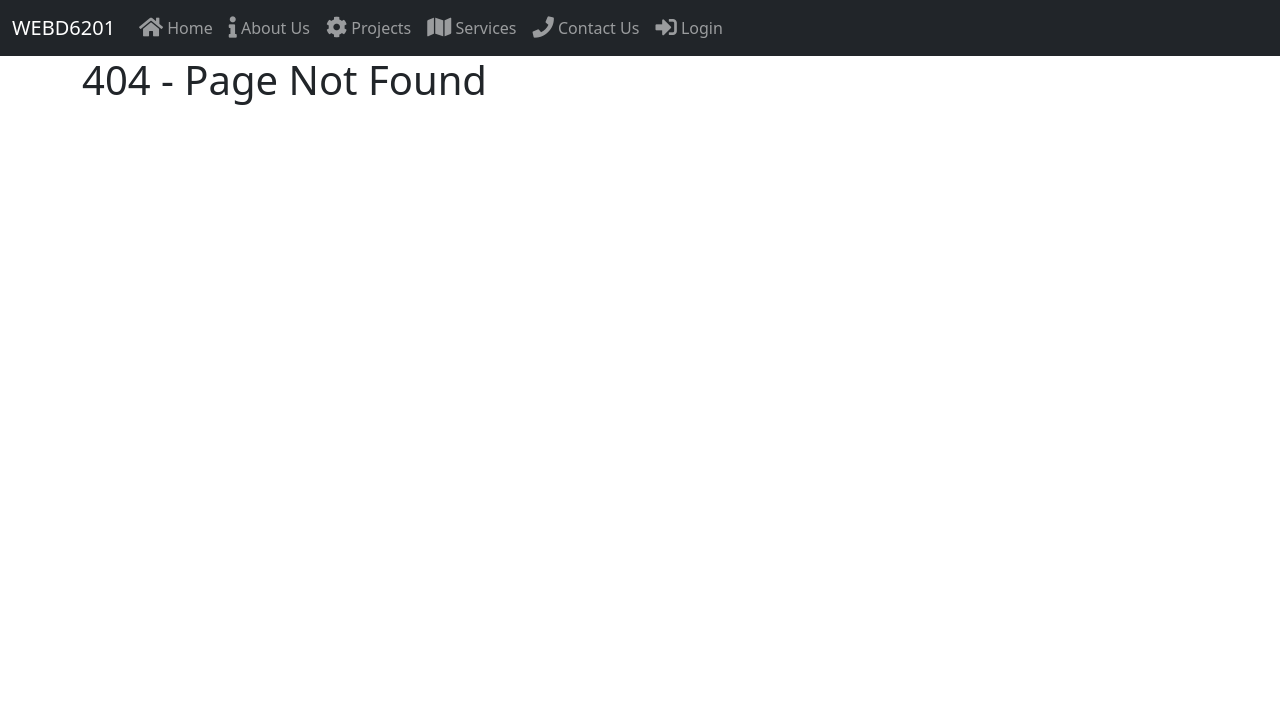
Repository: aphim/webd6201ICE6
Page: index.html
These files come from the project's save history. The page is drawn as it stood at one moment and after the next save; the edit follows.
The browser window is 1280 px wide. The pictures show the whole page.

Above is the page before, as saved 2021-03-04 09:45:06.
Console error: TypeError: callback is not a function

### index.html
<!DOCTYPE html>
<html lang="en">
<head>
    <meta charset="UTF-8">
    <meta name="viewport" content="width=device-width, initial-scale=1.0">
    <title>Home</title>
    <!-- CSS Section -->
    <link rel="stylesheet" href="./node_modules/bootstrap/dist/css/bootstrap.min.css">
    <link rel="stylesheet" href="./node_modules/@fortawesome/fontawesome-free/css/all.min.css">
    <link rel="stylesheet" href="./Content/app.css">
    <!--Preload scripts-->
    <script src="./Scripts/namespace.js"></script>
    <script src="./Scripts/router.js"></script>

</head>
<body>
    <!-- Main Header -->
    <header></header>

    <!-- Main Content -->
    <main class="container">
    </main>


    <!-- Main Footer -->
    <footer>

    </footer>

    <!-- Script Section-->
    <script src="./node_modules/jquery/dist/jquery.min.js"></script>
    <script src="./node_modules/bootstrap/dist/js/bootstrap.bundle.min.js"></script>
    <script src="./Scripts/contact.js"></script>

    <script src="./Scripts/user.js"></script>
    <script src="./Scripts/app.js"></script>
</body>
</html>

### Content/app.css
/* custom css goes here */
.input-group-addon:first-child
{
    border-right: 0;
}

.input-group-addon
{
    padding: 6px 12px;
    font-size: 14px;
    font-weight: 400;
    line-height: 1;
    text-align: center;
    border: 1px solid darkgrey;
    border-radius: 4xpx;
}

.input-group-addon .fa
{
    font-size: 18px;
}

.input-group .form-control
{
    position:relative;
    z-index: 2;
    float:left;
    margin-bottom: 0;
}

.input-group .form-control:last-child
{
    border-top-left-radius: 0;
    border-bottom-left-radius: 0;
}



.login
{
    padding: 2rem 1rem;
    margin-bottom: 2rem;
    background-color: lightgrey;
    border-radius: .3rem;
}

.login input
{
    background-color: white;
    border-color: darkgrey;
    border-radius: .4em;
    width: 100%;
}

### Scripts/namespace.js

//namespace core
let core;

### Scripts/router.js
"use strict";

let activeLink = "";

(function(core){
    class Router{
        constructor()
        {
            this.ActiveLink ="";
        }

        get ActiveLink()
        {
            return this.m_activeLink;
        }
        set ActiveLink(Link)
        {
             this.m_activeLink = Link;
        }

        /**
         * This method adds a new route to the routing table
         * @param {*} route
         */
        Add(route)
        {
            this.m_routingTable.push(route);
        }

        /**
         * this method makes a new routing table
         * @param {} routingTable
         */
        AddTable(routingTable)
        {
            this.m_routingTable = routingTable;
        }

        /**
         * This method finds the index of a route
         * @param {*} route
         */
        Find(route)
        {
            return this.m_routingTable.indexOf(route);
        }

        /**
         * This method removes a route from the routing table
         * @param {string} route
         * @returns {boolean}
         */
        Remove(route)
        {
            if(this.Find(route) > -1)
            {
                this.m_routingTable = this.m_routingTable.splice(this.Find(route), 1);
                return true;
            }
            return false;
        }

        /**
         * This method converts the routing table to a comma seperated string
         */
        ToString()
        {
            return this.m_routingTable.toString();
        }

    }
    core.Router = Router;
})(core || (core ={}));

let router = new core.Router();
router.AddTable(["/",
                "/home",
                "/about",
                "/services",
                "/contact",
                "/contact-list",
                "projects",
                "register",
                "/login",
                "/edit"]);

let route = location.pathname;

if (router.Find(route) > -1)
{
    router.ActiveLink = (route == "/") ? "home" : route.substring(1)
}
else
{
    router.ActiveLink = "404";
}

### Scripts/contact.js
"use strict";
// Contact Class

((core)=>{
  class Contact {
    // getters and setters
    get FullName()
    {
      return this.m_fullName;
    }

    set FullName(value)
    {
      this.m_fullName = value;
    }

    get ContactNumber()
    {
      return this.m_contactNumber;
    }

    set ContactNumber(value)
    {
      this.m_contactNumber = value;
    }

    get EmailAddress()
    {
      return this.m_emailAddress;
    }

    set EmailAddress(value)
    {
      this.m_emailAddress = value;
    }

    // constructor

    /**
     * @param {string} fullName
     * @param {string} contactNumber
     * @param {string} emailAddress
     */
    constructor(fullName = "", contactNumber = "", emailAddress = "")
    {
      this.FullName = fullName;
      this.ContactNumber = contactNumber;
      this.EmailAddress = emailAddress;
    }

    // methods

    /**
     * This method overrides the built-in toString method for the Contact class
     *
     * @returns {string}
     */
    toString()
    {
      return `Full Name     : ${this.FullName} \nContact Number: ${this.ContactNumber}\nEmail Address : ${this.EmailAddress}`;
    }

    /**
     * This method returns a JSON object made up of the properties of the Contact class
     *
     * @returns {Object}
     */
    toJSON()
    {
      return {
        "FullName": this.FullName,
        "ContactNumber": this.ContactNumber,
        "EmailAddress": this.EmailAddress
      }
    }

    /**
     * This method converts a JSON contact into a data object
     * @param {object} data
     */
    fromJSON(data)
    {
      this.FullName = data.FullName;
      this.ContactNumber = data.ContactNumber;
      this.EmailAddress = data.EmailAddress;
    }

    /**
     * This method converts the Contact into a comma-separated value string
     *
     * @returns {string}
     */
    serialize()
    {
      if(this.FullName !== "" && this.ContactNumber !== "" && this.EmailAddress !== "")
      {
        return `${this.FullName},${this.ContactNumber},${this.EmailAddress}`;
      }
      else
      {
        console.error("One or more properties of the Contact is empty");
        return null;
      }
    }

    /**
     * This method takes a comma-separated data string and assigns the values to the Contact class properties
     *
     * @param {string} data
     * @return {void}
     */
    deserialize(data)
    {
      let propertyArray = data.split(",");
      this.FullName = propertyArray[0];
      this.ContactNumber = propertyArray[1];
      this.EmailAddress = propertyArray[2];
    }
  }

core.Contact = Contact;

})(core || (core={}));

### Scripts/user.js
"use strict";
// User Class

((core)=>{
  class User {
    // getters and setters
    get DisplayName()
    {
      return this.m_displayName;
    }

    set DisplayName(value)
    {
      this.m_displayName = value;
    }

    get EmailAddress()
    {
      return this.m_emailAddress;
    }

    set EmailAddress(value)
    {
      this.m_emailAddress = value;
    }

    get Username()
    {
      return this.m_username;
    }

    set Username(value)
    {
      this.m_username = value;
    }

    get Password()
    {
      return this.m_password;
    }

    set Password(value)
    {
      this.m_password = value;
    }

    // constructor

    /**
     * Creates an instance of User
     * @param {*} [displayName=""]
     * @param {*} [emailAddress=""]
     * @param {*} [username=""]
     * @param {*} [password=""]
     */
    constructor(displayName = "",  emailAddress = "", username = "", password = "")
    {
      this.DisplayName = displayName;
      this.EmailAddress = emailAddress;
      this.Username = username;
      this.Password = password;
    }

    // methods

    /**
     * This method overrides the built-in toString method for the User class
     *
     * @returns {string}
     */
    toString()
    {
      return `Display Name     : ${this.DisplayName} \nEmail Address : ${this.EmailAddress} \nUsername : ${this.Username}`;
    }

    /**
     * This method returns a JSON object made up of the properties of the User class
     *
     * @returns {Object}
     */
    toJSON()
    {
      return {
        "DisplayName": this.DisplayName,
        "EmailAddress": this.EmailAddress,
        "Username": this.Username
      }
    }

    /**
     * This method user a JSON user into a data object
     * @param {object} data
     */
    fromJSON(data)
    {
      this.DisplayName = data.DisplayName;
      this.EmailAddress = data.EmailAddress;
      this.Username = data.Username;
      this.Password = data.Password;
    }

    /**
     * This method converts the User into a comma-separated value string
     *
     * @returns {string}
     */
    serialize()
    {
      if(this.DisplayName !== "" && this.EmailAddress !== "" && this.Username !== "")
      {
        return `${this.DisplayName},${this.EmailAddress},${this.Username}`;
      }
      else
      {
        console.error("One or more properties of the User is empty");
        return null;
      }
    }

    /**
     * This method takes a comma-separated data string and assigns the values to the User class properties
     *
     * @param {string} data
     * @return {void}
     */
    deserialize(data)
    {
      let propertyArray = data.split(",");
      this.DisplayName = propertyArray[0];
      this.EmailAddress = propertyArray[1];
      this.Username = propertyArray[2];
    }
  }

core.User = User;

})(core || (core={}));

### Scripts/app.js
/* custom JavaScript goes here */

//IIFE - Immediately Invoked Function Expression
//AKA - Anonymous Self-Executing Function
//Closure - limits scope leak

"use strict";

((core) =>
{
  /**
   * inject the navigation bar into the header element and highlight active link based on page link
   * @param {string} pageName
   */
  function loadHeader(pageName)
  {
    //inject header
    $.get("./Views/components/header.html", function(data)
    {
      $("header").html(data);
      $(`#${pageName}`).addClass("active");

        //loop through each anchor tag in list
        //add event listener for content injection
        $("a").on("click", function()
        {
          $(`#${router.ActiveLink}`).removeClass("active");
          router.ActiveLink = $(this).attr("id");
          loadContent(router.ActiveLink, ActiveLinkCallBack(router.ActiveLink));
          $(`#${router.ActiveLink}`).addClass("active");

          history.pushState({}, "", router.ActiveLink);

        });

        //changes mouse to make them seem like it is active link
        $("a").on("mouseover", function()
        {
          $(this).css("cursor", "pointer");
        });


    });
  }
    /**
     * injects the content elements into a page
     * @param {string} pageName
     * @param {function} callback
     */
  function loadContent(pageName, callback)
  {
      //inject the content
      $.get(`./Views/content/${pageName}.html`, function(data)
      {
        $("main").html(data);
      });

      callback();
  }

  function loadFooter()
  {
 //inject the footer
 $.get("./Views/components/footer.html", function(data)
 {
   $("footer").html(data);
 });

  }

    function displayHome()
    {


    }

    function displayAbout()
    {

    }

    function displayProjects()
    {

    }

    function displayServices()
    {

    }

    function testFullName()
    {
      let messageArea = $("#messageArea").hide();
      let fullNamePattern = /([A-Z][a-z]{1,25})+(\s|,|-)([A-Z][a-z]{1,25})+(\s|,|-)*/;


        $("#fullName").on("blur", function()
        {
          if(!fullNamePattern.test($(this).val()))
          {
            $(this).trigger("focus").trigger("select");
            messageArea.show().addClass("alert alert-danger").text("Please enter a valid Full Name. This must include at least a Capitalized first name followed by a Capitlalized last name.");
          }
          else
          {
              messageArea.removeAttr("class").hide();
          }
        });
    }

    function testContactNumber()
    {
      let messageArea = $("#messageArea");
      let contactNumberPattern = /^(\+\d{1,2}\s)?\(?\d{3}\)?[\s.-]?\d{3}[\s.-]?\d{4}$/;

        $("#contactNumber").on("blur", function()
        {
          if(!contactNumberPattern.test($(this).val()))
          {
            $(this).trigger("focus").trigger("select");
            messageArea.show().addClass("alert alert-danger").text("Please enter a valid Contact Number. Country code and area code are both optional");
          }
          else
          {
              messageArea.removeAttr("class").hide();
          }
        });
    }

    function testEmailAddress()
    {
      let messageArea = $("#messageArea");
      let emailAddressPattern = /^([a-zA-Z0-9._%-]+@[a-zA-Z0-9.-]+\.[a-zA-Z]{2,6})*$/;
      //let emailAddressPattern = /^([a-zA-Z0-9._%-]{8,20}@[a-zA-Z0-9.-]+\.[a-zA-Z]{2,6})*$/;

        $("#emailAddress").on("blur", function()
        {
          if(!emailAddressPattern.test($(this).val()))
          {
            $(this).trigger("focus").trigger("select");
            messageArea.show().addClass("alert alert-danger").text("Please enter a valid Email Address.");
          }
          else
          {
              messageArea.removeAttr("class").hide();
          }
        });
    }

    function formValidation()
    {
      testFullName();
      testContactNumber();
      testEmailAddress();
    }

    function displayContact()
    {
      // form validation
      formValidation();

        $("#sendButton").on("click", (event)=>
        {
          if($("#subscribeCheckbox")[0].checked)
          {
            let contact = new core.Contact(fullName.value, contactNumber.value, emailAddress.value);

            if(contact.serialize())
            {
              let key = contact.FullName.substring(0, 1) + Date.now();

              localStorage.setItem(key, contact.serialize());
            }
          }
        });
    }

    function displayContactList()
    {

      $("#contactListLink").attr("class", "nav-link active");

      if (localStorage.length > 0)
      {

        //document.getElementById("contactListLink").setAttribute("class", "nav-link active");

        let contactList = document.getElementById("contactList");

        let data = "";

        let keys = Object.keys(localStorage);

        let index = 1;

        for (const key of keys)
        {
          let contactData = localStorage.getItem(key);

          let contact = new core.Contact();
          contact.deserialize(contactData);

          data += `<tr>
          <th scope="row" class="text-center">${index}</th>
          <td>${contact.FullName}</td>
          <td>${contact.ContactNumber}</td>
          <td>${contact.EmailAddress}</td>
          <td class="text-center"><button value="${key}" class="btn btn-primary btn-sm edit"><i class="fas fa-edit fa-sm"></i> Edit</button></td>
          <td class="text-center"><button value="${key}" class="btn btn-danger btn-sm delete"><i class="fas fa-trash-alt fa-sm"></i> Delete</button></td>
          </tr>`;

          index++;
        }

        contactList.innerHTML = data;

        $("button.edit").on("click", function(){
          location.href = "edit.html#" + $(this).val();
         });

         $("button.delete").on("click", function(){
           if(confirm("Are you sure?"))
           {
            localStorage.removeItem($(this).val());
           }
           location.href = "contact-list.html"; // refresh the page
         });

         $("#addButton").on("click", function()
         {
          location.href = "edit.html";
         });
      }
    }

    function displayEdit()
    {
      let key = location.hash.substring(1);

      let contact = new core.Contact();

      // check to ensure that the key is not empty
      if(key != "")
      {
        // get contact info from localStorage
        contact.deserialize(localStorage.getItem(key));

        // display contact information in the form
        $("#fullName").val(contact.FullName);
        $("#contactNumber").val(contact.ContactNumber);
        $("#emailAddress").val(contact.EmailAddress);
      }
      else
      {
        // modify the page so that it shows "Add Contact" in the header
        $("main>h1").text("Add Contact");
        // modify edit button so that it shows "Add" as well as the appropriate icon
        $("#editButton").html(`<i class="fas fa-plus-circle fa-lg"></i> Add`);
      }

      // form validation
      formValidation();

     $("#editButton").on("click", function()
        {
            // check to see if key is empty
          if(key == "")
          {
            // create a new key
            key = contact.FullName.substring(0, 1) + Date.now();
          }

          // copy contact info from form to contact object
          contact.FullName = $("#fullName").val();
          contact.ContactNumber = $("#contactNumber").val();
          contact.EmailAddress = $("#emailAddress").val();

          // add the contact info to localStorage
          localStorage.setItem(key, contact.serialize());

          // return to the contact list
          location.href = "contact-list.html";

        });


      $("#cancelButton").on("click", function()
      {
        // return to the contact list
        location.href = "contact-list.html";
      });
    }

    function displayLogin()
    {
      let messageArea = $("#messageArea");
      messageArea.hide();

      $("#loginButton").on("click", function()
      {

        let username = $("#username");
        let password = $("#password");
        let success = false;
        let newUser = new core.User();

        //use ajax to access the json file
        $.get("./Data/users.json", function(data)
        {
          //check each user in the user.json file
          for(const user of data.users)
          {
            if(username.val() == user.Username && password.val() == user.Password)
            {
              newUser.fromJSON(user);
              success = true;
              break;
            }
          }
          //if username and password matches - success
          if(success)
          {
            //add user to session storage
            sessionStorage.setItem("user", newUser.serialize());

            //hide the messageArea
            messageArea.removeAttr("class").hide();

            //redirect user to secure area
            location.href = "contact-list.html";
          }
          else
          {
            //display an error message
            username.trigger("focus").trigger("select");
            messageArea.show().addClass("alert alert-danger").text("Error: Invalid login information");
          }
        });
      });

      $("#cancelButton").on("click", function()
      {
        document.forms[0].reset();
        // return to the contact list
        location.href = "index.html";
      });
    }

    function displayRegister()
    {

    }

    function toggleLogout()
    {
              //if user is logged in
              if(sessionStorage.getItem("user"))
              {
                //swap out login with logout
                $("#login").html(
                  `<a id="logout" class="nav-link" aria-current="page" href="#"><i class="fas fa-sign-out-alt fa-lg"></i> Logout</a>`
                );

                $("#logout").on("click", function()
                {
                  //perform logout
                  sessionStorage.clear();

                  //redirect to login
                  location.href = "login.html";
                });

                $(`<li class="nav-item">
                <a id="contactListLink" class="nav-link" aria-current="page" href="contact-list.html"><i class="fas fa-users fa-lg"></i> Contact List</a>
                </li>`).insertBefore("#login");

              }
    }

    function ActiveLinkCallBack(activeLink)
    {
      switch (activeLink)
      {
        case "home":
            return displayHome;
        case "about":
            return displayAbout;
        case "projects":
            return displayProjects;
        case "services":
            return displayServices;
        case "contact":
            return displayContact;
        case "contact-List":
          return displayContactList;
        case "edit":
          return displayEdit;
        case "login":
          return displayLogin;
        case "register":
          return displayRegister;
      }

    }

    function Start()
    {
        console.log("App Started...");

        loadHeader(router.ActiveLink);

        loadContent(router.ActiveLink, ActiveLinkCallBack(router.ActiveLink));

        loadFooter();


        //toggle login
        toggleLogout();


    }

    window.addEventListener("load", Start);

    core.Start = Start;

})(core || (core={}));

### Views/Components/header.html
 <!-- Main Navigation -->
 <nav class="navbar navbar-expand-lg navbar-dark bg-dark">
    <div class="container-fluid">
      <a class="navbar-brand">WEBD6201</a>
      <button class="navbar-toggler" type="button" data-bs-toggle="collapse" data-bs-target="#navbarSupportedContent" aria-controls="navbarSupportedContent" aria-expanded="false" aria-label="Toggle navigation">
        <span class="navbar-toggler-icon"></span>
      </button>
      <div class="collapse navbar-collapse" id="navbarSupportedContent">
        <ul class="navbar-nav me-auto mb-2 mb-lg-0">
          <li class="nav-item">
            <a id="home" class="nav-link" aria-current="page"><i class="fas fa-home fa-lg"></i> Home</a>
          </li>

          <li class="nav-item">
            <a id="about" class="nav-link" aria-current="page"><i class="fas fa-info fa-lg"></i> About Us</a>
          </li>

          <li class="nav-item">
            <a id="projects" class="nav-link" aria-current="page"><i class="fas fa-cog fa-lg"></i> Projects</a>
          </li>

          <li class="nav-item">
            <a id="services" class="nav-link" aria-current="page"><i class="fas fa-map fa-lg"></i> Services</a>
          </li>

          <li class="nav-item">
            <a id="contact" class="nav-link" aria-current="page"><i class="fas fa-phone fa-lg"></i> Contact Us</a>
          </li>

          <li class="nav-item">
            <a id="login" class="nav-link" aria-current="page"><i class="fas fa-sign-in-alt fa-lg"></i> Login</a>
          </li>
        </ul>
      </div>
    </div>
  </nav>

### Views/Components/footer.html
<nav class="navbar fixed-bottom navbar-light bg-light">
    <div class="container-fluid">
      <h4><i class="far fa-copyright fa-lg"></i> Copyright 2021.</h4>
    </div>
  </nav>

Loaded but not shown: node_modules/bootstrap/dist/css/bootstrap.min.css (library); node_modules/@fortawesome/fontawesome-free/css/all.min.css (library); node_modules/jquery/dist/jquery.min.js (library); node_modules/bootstrap/dist/js/bootstrap.bundle.min.js (library); Views/content/404.html (common file)

After the next save:
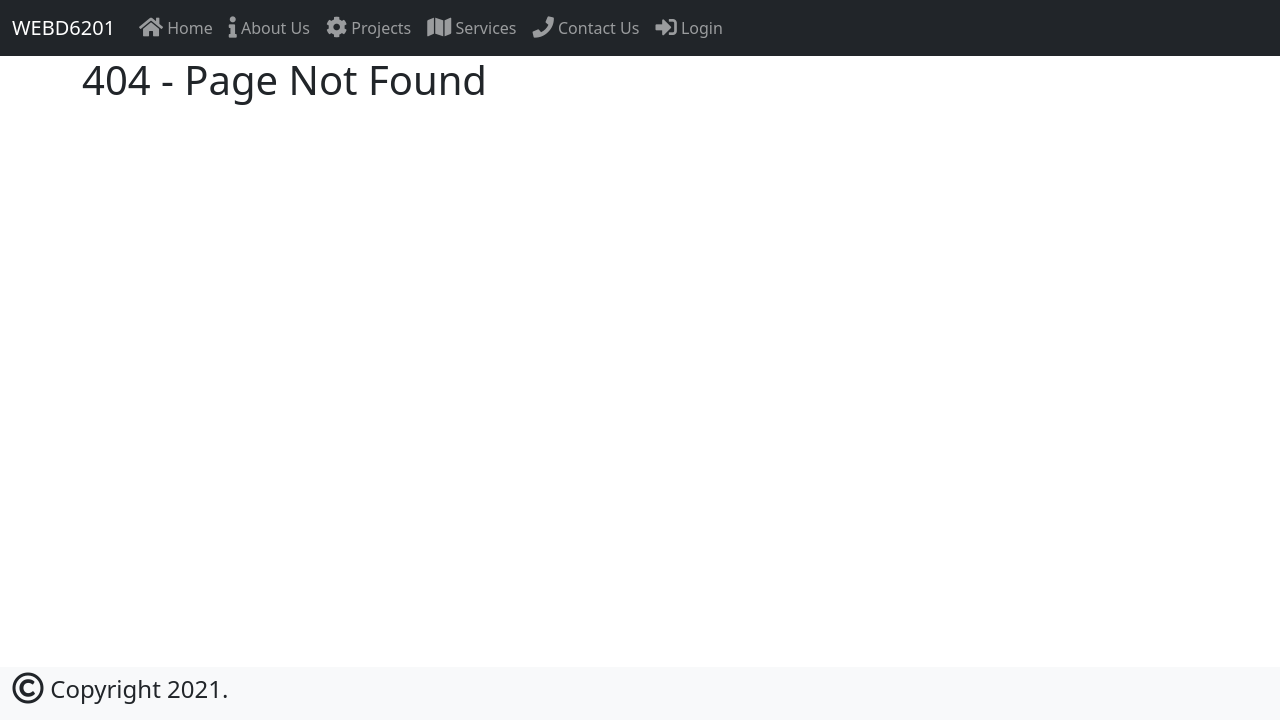
The error is gone.
Saved 104 s later.
--- a/Scripts/app.js
+++ b/Scripts/app.js
@@ -377,6 +377,10 @@
 
               }
     }
+function display404()
+{
+
+}
 
     function ActiveLinkCallBack(activeLink)
     {
@@ -400,6 +404,8 @@
           return displayLogin;
         case "register":
           return displayRegister;
+          case "404":
+            return display404;
       }
 
     }
